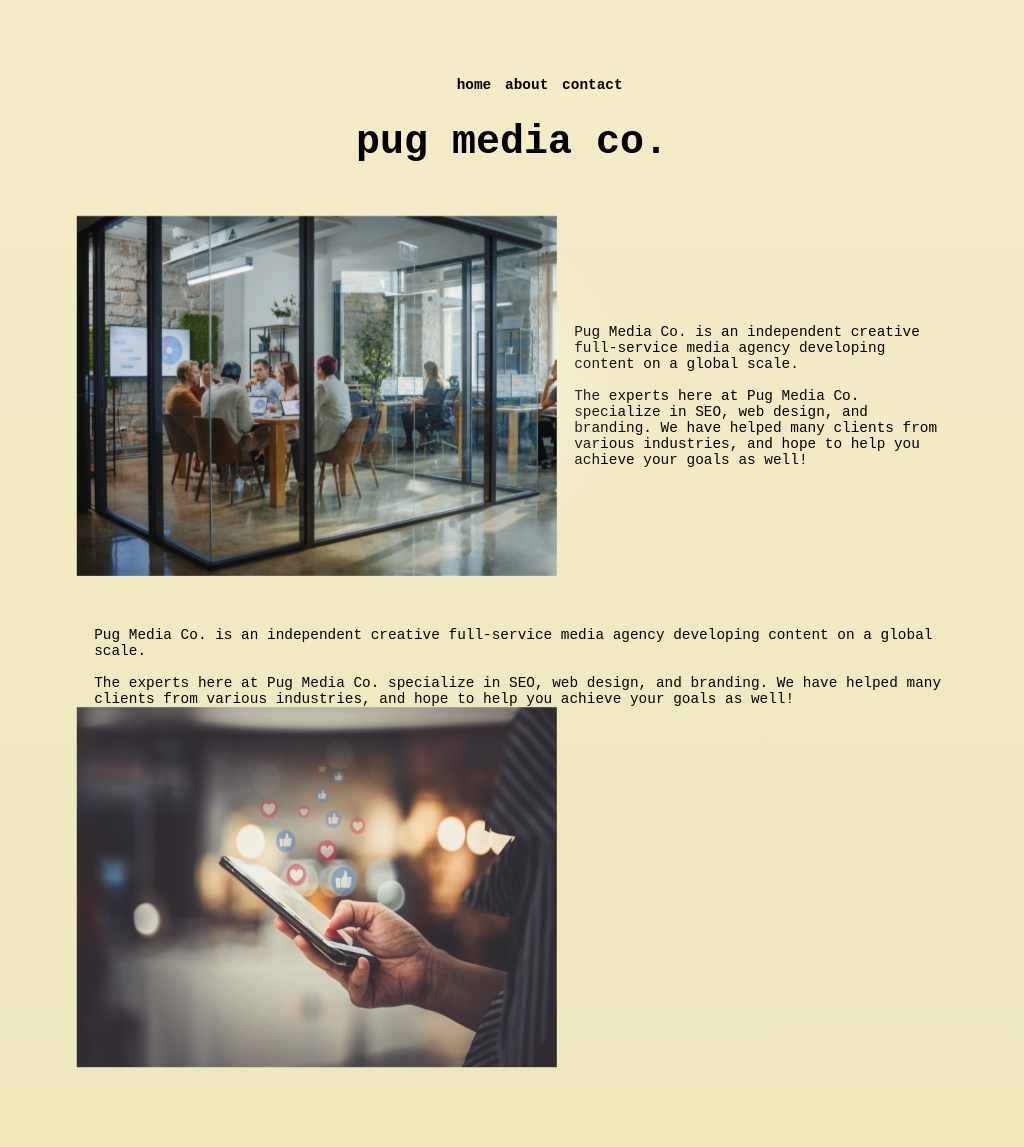
Repository: cheungglenda/MDIA2109-Week3
Page: /
The author's editor kept a copy of each file at every save. The page is drawn from the files as they stood at one save, then again after the next save.
The browser window is 1280 px wide. The pictures show the whole page, at 80% of full size.
The project was rebuilt for these pictures with package versions that can differ from the ones it lists, and the page was loaded fresh each time. The framework's server and built-in components were replaced by stand-ins that run in the browser. Also part of the build but not shown: next.config.js, components/Card/index.js.

Above is the page before, as saved 2023-01-20 19:06:41.

### pages/index.js
import Head from 'next/head'
import Image from 'next/image'
import { Inter } from '@next/font/google'
import styles from '@/styles/Home.module.css'
import data from '../data/education.json'
import { useState } from 'react'
import Card from '../components/Card'
import Link from 'next/link'

const inter = Inter({ subsets: ['latin'] })

export default function Home() {

  /** ([...data]) enters the data in the useState and is calling that info. the useState has all the data from the education.json file */
  const [information, setInformation] = useState([...data])
  console.log(data);

  return (
    <>
      <Head>
        <title>Pug Media Co.</title>
        <meta name="description" content="Full-service digital marketing agency" />
        <meta name="viewport" content="width=device-width, initial-scale=1" />
        <link rel="icon" href="/favicon.ico" />
      </Head>
      <main className={styles.main}>
        <div className={styles.buttons}>
      <Link href="/" className={styles.links}>Home</Link>
      <Link href="../about" className={styles.links}>About</Link>
      <Link href="/" className={styles.links}>Contact</Link>
        </div>

        <div className={styles.meetTitle}>Pug Media Co.</div>
        <div className={styles.center}>
          <Image
            className={styles.logo}
            src="/office.jpeg"
            width={600}
            height={450}
          />
          <div className={styles.homeDesc}>
            Pug Media Co. is an independent creative full-service media agency developing content on a global scale. <br></br><br></br>The experts here at Pug Media Co. specialize in SEO, web design, and branding. We have helped many clients from various industries, and hope to help you achieve your goals as well!
          </div>
        </div>
        <div className={styles.bottom}>
        <div className={styles.homeDesc}>
            Pug Media Co. is an independent creative full-service media agency developing content on a global scale. <br></br><br></br>The experts here at Pug Media Co. specialize in SEO, web design, and branding. We have helped many clients from various industries, and hope to help you achieve your goals as well!
          </div>
        <Image
            className={styles.social}
            src="/media.jpeg"
            width={600}
            height={450}
          />
        </div>
      </main>
    </>
  )
}

/** .toLowerCase() is input when you don't want to worry about case sensitivity */

### styles/Home.module.css
.main {
  display: flex;
  flex-direction: column;
  justify-content: space-between;
  align-items: center;
  padding: 6rem;
  font-family:arial;
  min-height: 100vh;
  background-image: linear-gradient(rgb(245, 235, 200), rgb(236, 232, 188));

}

.buttons {
  display: flex;
  flex-direction:row;
  justify-content: space-evenly;
  margin-bottom:3%;
}

.links:hover {
  text-decoration:underline;
}

.links {
  font-size: 18px;
  max-width: var(--max-width);
  width: 100%;
  font-weight:900;
  font-family: 'Courier New', Courier, monospace;
  text-transform:lowercase;
  padding-left:10%;
}

.description {
  display: inherit;
  justify-content: inherit;
  align-items: inherit;
  font-size: 15px;
  max-width: var(--max-width);
  width: 100%;
  font-family: var(--font-mono);
}

.social {
  justify-content:inherit;
}

.homeDesc {
  font-size: 18px;
  font-family:'Courier New', Courier, monospace;
  margin-left:2%;
}

.description a {
  display: flex;
  justify-content: center;
  align-items: center;
  gap: 0.5rem;
}

.description p {
  position: relative;
  margin: 0;
  padding: 1rem;
  background-color: rgba(var(--callout-rgb), 0.5);
  border: 1px solid rgba(var(--callout-border-rgb), 0.3);
  border-radius: var(--border-radius);
}

.code {
  font-weight: 700;
  font-family: var(--font-mono);
}

.meetTitle {
  font-size: 50px;
  font-weight:700;
  text-transform:lowercase;
  font-family:'Courier New', Courier, monospace;
  text-align:center;
}

.grid {
  display: flex;
  justify-content:center;
  width: var(--max-width);
  max-width: 100%;
  align-items:center;
  flex: 1;
}

.card {
  padding: 1rem 1.2rem;
  border-radius: var(--border-radius);
  background: rgba(var(--card-rgb), 0);
  border: 1px solid rgba(var(--card-border-rgb), 0);
  transition: background 200ms, border 200ms;
}

.card span {
  display: inline-block;
  transition: transform 200ms;
}

.info {
  font-family:Arial, Helvetica, sans-serif;
}

.card h2 {
  font-weight: 600;
  margin-bottom: 0.7rem;
}

.card p {
  margin: 0;
  opacity: 0.6;
  font-size: 0.9rem;
  line-height: 1.5;
  max-width: 30ch;
}


.employees {
  display:flex;
  gap:20px;
  width: 80%;
  text-align:center;
  font-family:'Courier New', Courier, monospace;
}

.titleDesc {
  font-size:16px;
  margin-bottom:3%;
}

.center {
  display: flex;
  justify-content: center;
  align-items: center;
  position: relative;
  padding: 4rem 0;
}

.center::before {
  background: var(--secondary-glow);
  border-radius: 50%;
  width: 480px;
  height: 360px;
  margin-left: -400px;
}

.center::after {
  background: var(--primary-glow);
  width: 240px;
  height: 180px;
  z-index: -1;
}

.center::before,
.center::after {
  content: '';
  left: 50%;
  position: absolute;
  filter: blur(45px);
  transform: translateZ(0);
}

.logo,
.thirteen {
  position: relative;
  object-fit:cover;
}

.thirteen {
  display: flex;
  justify-content: center;
  align-items: center;
  width: 75px;
  height: 75px;
  padding: 25px 10px;
  margin-left: 16px;
  transform: translateZ(0);
  border-radius: var(--border-radius);
  overflow: hidden;
  box-shadow: 0px 2px 8px -1px #0000001a;
}

.thirteen::before,
.thirteen::after {
  content: '';
  position: absolute;
  z-index: -1;
}

/* Conic Gradient Animation */
.thirteen::before {
  animation: 6s rotate linear infinite;
  width: 200%;
  height: 200%;
  background: var(--tile-border);
}

/* Inner Square */
.thirteen::after {
  inset: 0;
  padding: 1px;
  border-radius: var(--border-radius);
  background: linear-gradient(
    to bottom right,
    rgba(var(--tile-start-rgb), 1),
    rgba(var(--tile-end-rgb), 1)
  );
  background-clip: content-box;
}

/* Enable hover only on non-touch devices */
@media (hover: hover) and (pointer: fine) {
  .card:hover {
    background: rgba(var(--card-rgb), 0.1);
    border: 1px solid rgba(var(--card-border-rgb), 0.15);
  }

  .card:hover span {
    transform: translateX(4px);
  }
}

@media (prefers-reduced-motion) {
  .thirteen::before {
    animation: none;
  }

  .card:hover span {
    transform: none;
  }
}

/* Mobile */
@media (max-width: 700px) {
  .content {
    padding: 4rem;
  }

  .grid {
    grid-template-columns: 1fr;
    margin-bottom: 120px;
    max-width: 320px;
    text-align: center;
  }

  .card {
    padding: 1rem 2.5rem;
  }

  .card h2 {
    margin-bottom: 0.5rem;
  }

  .center {
    padding: 8rem 0 6rem;
  }

  .center::before {
    transform: none;
    height: 300px;
  }

  .description {
    font-size: 0.8rem;
  }

  .description a {
    padding: 1rem;
  }

  .description p,
  .description div {
    display: flex;
    justify-content: center;
    position: fixed;
    width: 100%;
  }

  .description p {
    align-items: center;
    inset: 0 0 auto;
    padding: 2rem 1rem 1.4rem;
    border-radius: 0;
    border: none;
    border-bottom: 1px solid rgba(var(--callout-border-rgb), 0.25);
    background: linear-gradient(
      to bottom,
      rgba(var(--background-start-rgb), 1),
      rgba(var(--callout-rgb), 0.5)
    );
    background-clip: padding-box;
    backdrop-filter: blur(24px);
  }

  .description div {
    align-items: flex-end;
    pointer-events: none;
    inset: auto 0 0;
    padding: 2rem;
    height: 200px;
    background: linear-gradient(
      to bottom,
      transparent 0%,
      rgb(var(--background-end-rgb)) 40%
    );
    z-index: 1;
  }
}

/* Tablet and Smaller Desktop */
@media (min-width: 701px) and (max-width: 1120px) {
  .grid {
    grid-template-columns: repeat(2, 50%);
  }
}

@media (prefers-color-scheme: dark) {

  .main {
    background-image: linear-gradient(rgb(51, 65, 14), rgb(169, 169, 110));
  }

  .vercelLogo {
    filter: invert(1);
  }

  .meetTitle {
    color:white;
  }

  .titleDesc {
    color:white;
  }

  .links {
    color: white;
  }

  .employees {
    color: black;
  }
}

@keyframes rotate {
  from {
    transform: rotate(360deg);
  }
  to {
    transform: rotate(0deg);
  }
}

### data/education.json
[
        {
            "studentNumber": "A0004567",
            "firstName": "Person 1",
            "gpa": 3.8,
            "department": "Business",
            "degree": "Finance",
            "graduted": 2014
        },
        {
            "studentNumber": "A0001234",
            "firstName": "Person 2",
            "gpa": 3.5,
            "department": "Business",
            "degree": "Accounting",
            "graduted": 2010
        },
        {
            "studentNumber": "A0007890",
            "firstName": "Person 3",
            "gpa": 3.2,
            "department": "Computing",
            "degree": "Applied Software Development Certificate",
            "graduted": 2018
        },
        {
            "studentNumber": "A0007828",
            "firstName": "Person 4",
            "gpa": 3.9,
            "department": "Computing",
            "degree": "Computer Systems Diploma",
            "graduted": 2021
        },
        {
            "studentNumber": "A0003425",
            "firstName": "Person 5",
            "gpa": 3.2,
            "department": "Computing",
            "degree": "Applied Computer Information Systems Certificate",
            "graduted": 2021
        }
]

Loaded but not shown: pages/_app.js (common file); pages/_document.js (common file); pages/api/hello.js (common file); styles/globals.css (common file)

After the next save:
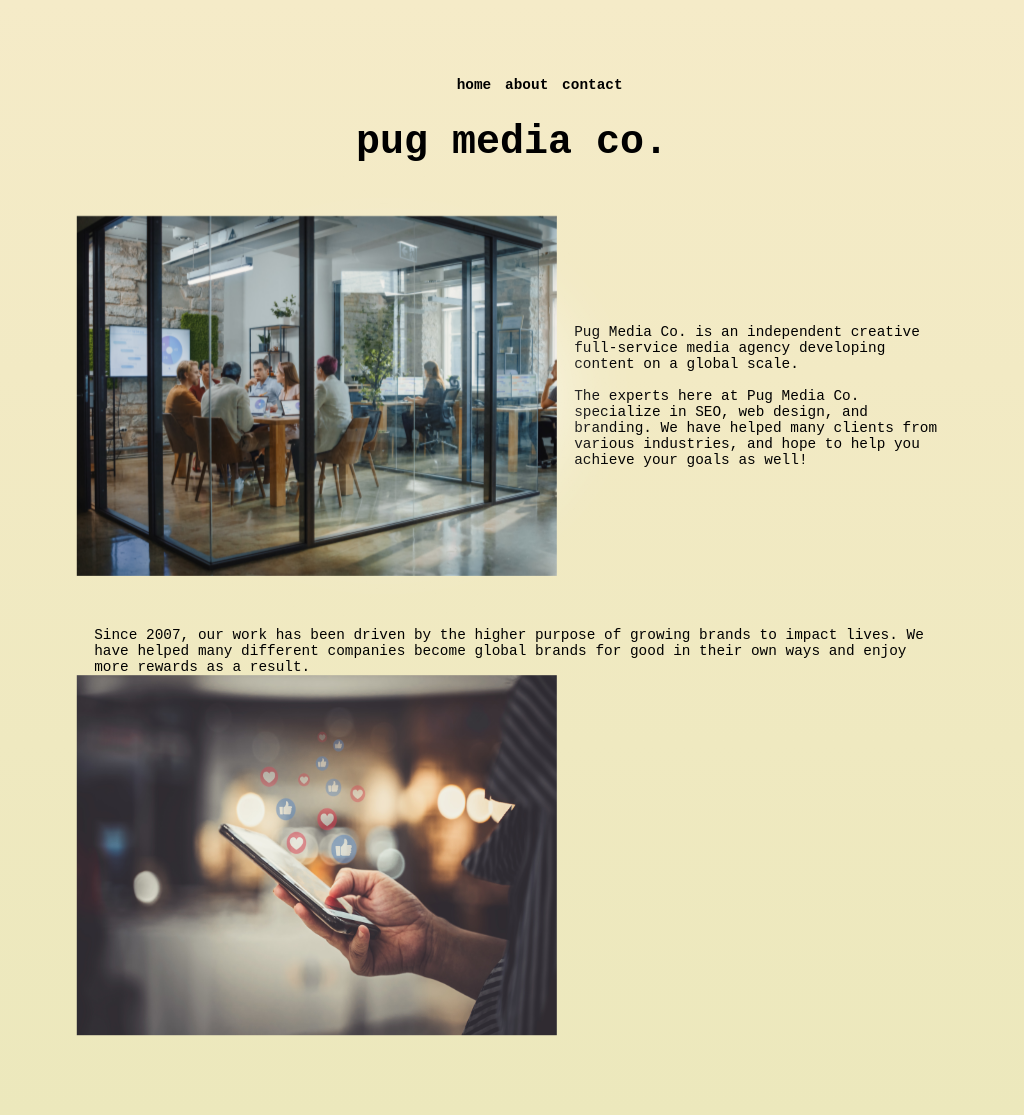
Saved 93 s later.
--- a/pages/index.js
+++ b/pages/index.js
@@ -44,7 +44,7 @@ export default function Home() {
         </div>
         <div className={styles.bottom}>
         <div className={styles.homeDesc}>
-            Pug Media Co. is an independent creative full-service media agency developing content on a global scale. <br></br><br></br>The experts here at Pug Media Co. specialize in SEO, web design, and branding. We have helped many clients from various industries, and hope to help you achieve your goals as well!
+        Since 2007, our work has been driven by the higher purpose of growing brands to impact lives. We have helped many different companies become global brands for good in their own ways and enjoy more rewards as a result.
           </div>
         <Image
             className={styles.social}
